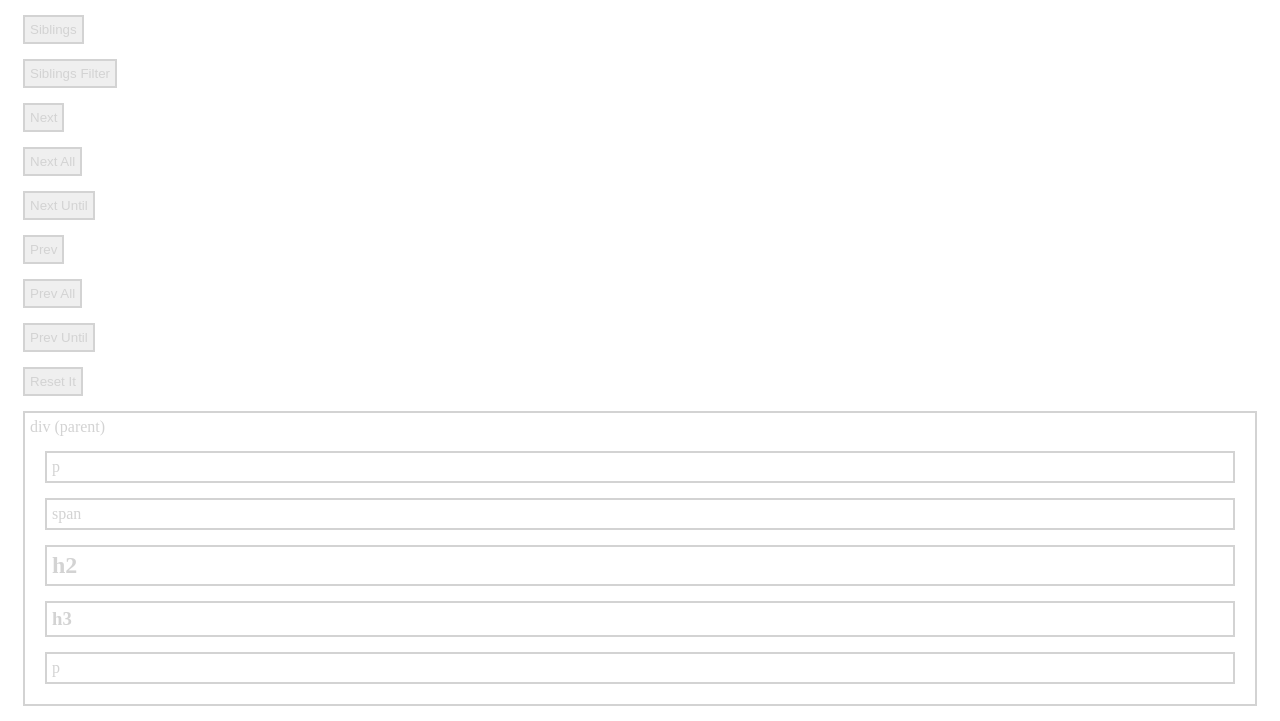
Repository: sudheerj/jQuery
Page: jQueryExamples/chapter03/Filtering.html
The author's editor kept a copy of each file at every save. The page is drawn from the files as they stood at one save, then again after the next save.
The browser window is 1280 px wide. The pictures show the whole page.

Above is the page before, as saved 2016-10-21 03:20:50.

### jQueryExamples/chapter03/Filtering.html
<!DOCTYPE html>
<head>
	<title>jQuery Descendants</title>
	<script type="text/javascript" src="..\jquery\jquery-3.1.1.min.js"></script>
	<style>
		.siblings * {
			display: block;
			border: 2px solid lightgrey;
			color: lightgrey;
			padding: 5px;
			margin: 15px;
		}
	</style>
	<script>
		$(document).ready(function() {
			$("#button1").click(function() {
				$("h2").siblings().css({
					"color" : "red",
					"border" : "2px solid red"
				});
			});
			$("#button2").click(function() {
				$("h2").siblings("p").css({
					"color" : "red",
					"border" : "2px solid red"
				});
			});
			$("#button3").click(function() {
				$("h2").next().css({
					"color" : "red",
					"border" : "2px solid red"
				});
			});
			$("#button4").click(function() {
				$("h2").nextAll().css({
					"color" : "red",
					"border" : "2px solid red"
				});
			});
			$("#button5").click(function() {
				$("h2").nextUntil().css({
					"color" : "red",
					"border" : "2px solid red"
				});
			});
			$("#button6").click(function() {
				$("h2").prev().css({
					"color" : "red",
					"border" : "2px solid red"
				});
			});
			$("#button7").click(function() {
				$("h2").prevAll().css({
					"color" : "red",
					"border" : "2px solid red"
				});
			});
			$("#button8").click(function() {
				$("h2").prevUntill().css({
					"color" : "red",
					"border" : "2px solid red"
				});
			});
			$("#reset").click(function() {
				location.reload();
			});

		});
	</script>
</head>
<body class="siblings">
	<button id="button1">
		Siblings
	</button>
	<button id="button2">
		Siblings Filter
	</button>
	<button id="button3">
		Next
	</button>
	<button id="button4">
		Next All
	</button>
	<button id="button5">
		Next Until
	</button>
	<button id="button6">
		Prev
	</button>
	<button id="button7">
		Prev All
	</button>
	<button id="button8">
		Prev Until
	</button>
	<button id="reset">
		Reset It
	</button>
	<div>
		div (parent)
		<p>
			p
		</p>
		<span>span</span>
		<h2>h2</h2>
		<h3>h3</h3>
		<p>
			p
		</p>
	</div>

</body>
</html>

Loaded but not shown: jQueryExamples/jquery/jquery-3.1.1.min.js (library)

After the next save:
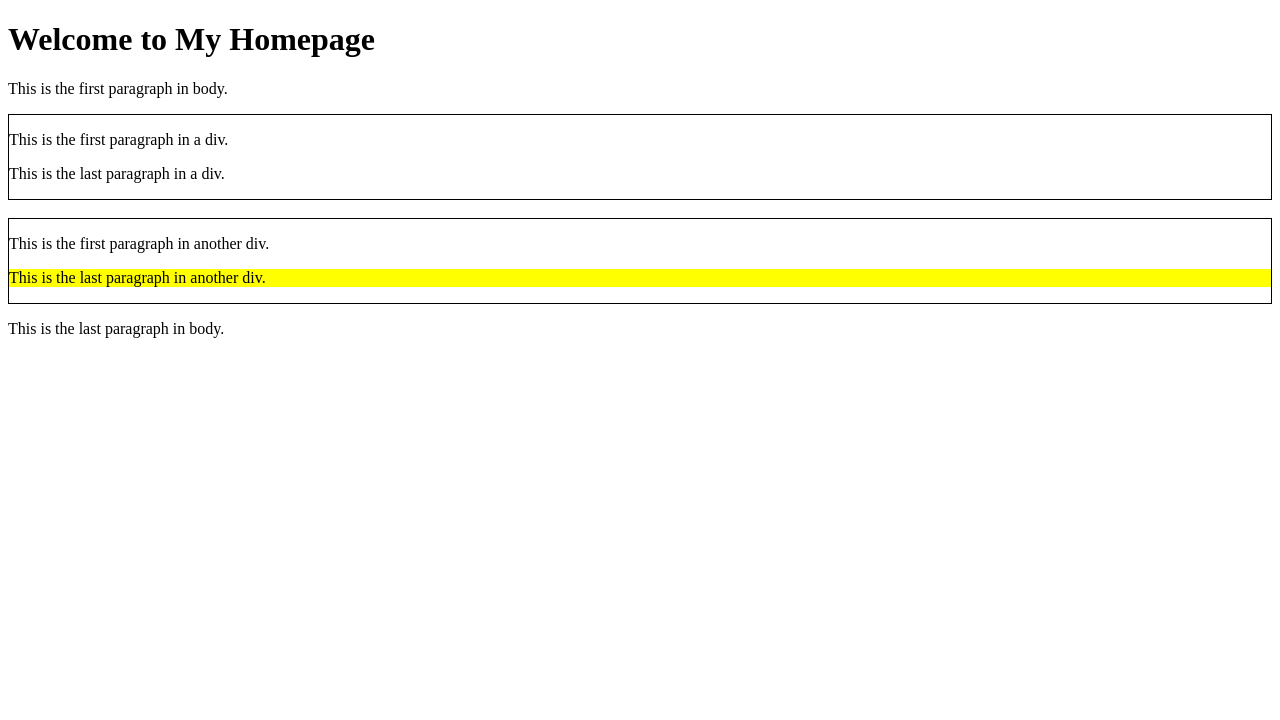
Saved 2 min 40 s later.
--- a/jQueryExamples/chapter03/Filtering.html
+++ b/jQueryExamples/chapter03/Filtering.html
@@ -12,102 +12,27 @@
 		}
 	</style>
 	<script>
-		$(document).ready(function() {
-			$("#button1").click(function() {
-				$("h2").siblings().css({
-					"color" : "red",
-					"border" : "2px solid red"
-				});
-			});
-			$("#button2").click(function() {
-				$("h2").siblings("p").css({
-					"color" : "red",
-					"border" : "2px solid red"
-				});
-			});
-			$("#button3").click(function() {
-				$("h2").next().css({
-					"color" : "red",
-					"border" : "2px solid red"
-				});
-			});
-			$("#button4").click(function() {
-				$("h2").nextAll().css({
-					"color" : "red",
-					"border" : "2px solid red"
-				});
-			});
-			$("#button5").click(function() {
-				$("h2").nextUntil().css({
-					"color" : "red",
-					"border" : "2px solid red"
-				});
-			});
-			$("#button6").click(function() {
-				$("h2").prev().css({
-					"color" : "red",
-					"border" : "2px solid red"
-				});
-			});
-			$("#button7").click(function() {
-				$("h2").prevAll().css({
-					"color" : "red",
-					"border" : "2px solid red"
-				});
-			});
-			$("#button8").click(function() {
-				$("h2").prevUntill().css({
-					"color" : "red",
-					"border" : "2px solid red"
-				});
-			});
-			$("#reset").click(function() {
-				location.reload();
-			});
+$(document).ready(function(){
+    $("div p").last().css("background-color", "yellow");
+});
+</script>
+</head>
+<body>
 
-		});
-	</script>
-</head>
-<body class="siblings">
-	<button id="button1">
-		Siblings
-	</button>
-	<button id="button2">
-		Siblings Filter
-	</button>
-	<button id="button3">
-		Next
-	</button>
-	<button id="button4">
-		Next All
-	</button>
-	<button id="button5">
-		Next Until
-	</button>
-	<button id="button6">
-		Prev
-	</button>
-	<button id="button7">
-		Prev All
-	</button>
-	<button id="button8">
-		Prev Until
-	</button>
-	<button id="reset">
-		Reset It
-	</button>
-	<div>
-		div (parent)
-		<p>
-			p
-		</p>
-		<span>span</span>
-		<h2>h2</h2>
-		<h3>h3</h3>
-		<p>
-			p
-		</p>
-	</div>
+<h1>Welcome to My Homepage</h1>
 
+<p>This is the first paragraph in body.</p>
+
+<div style="border: 1px solid black;">
+  <p>This is the first paragraph in a div.</p>
+  <p>This is the last paragraph in a div.</p>
+</div><br>
+
+<div style="border: 1px solid black;">
+  <p>This is the first paragraph in another div.</p>
+  <p>This is the last paragraph in another div.</p>
+</div>
+
+<p>This is the last paragraph in body.</p>
 </body>
 </html>
